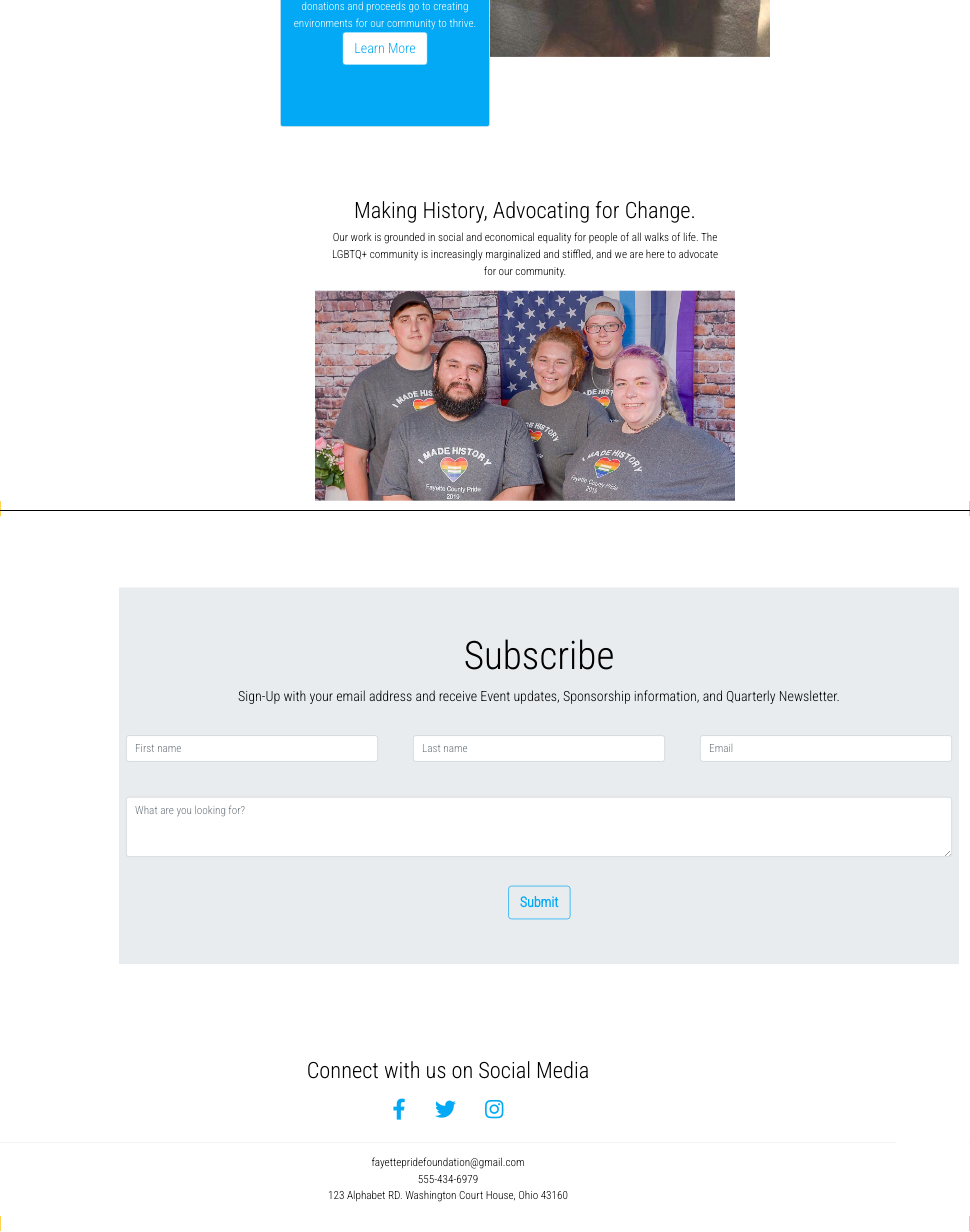
Repository: Code-Institute-Submissions/https-github.com-callendera-Milestone-Project-2
Page: index.html
The author's editor kept a record of every edit. The page is drawn from the files as they stood at one moment, then again after the next edit.
The browser window is 1280 px wide. The page is 1385 px wide, so the pictures cover 1385 px, including what lies to the right of the window. The pictures show the part of the page from y = 2176 to 3936 px (the page is 3936 px tall), at 70% of full size.
Backgrounds fixed to the window are drawn as part of the page. Some web libraries are served in a nearby version.

Above is the page before.

### index.html
<!DOCTYPE html>
<html lang="en">

<head>
    <meta charset="UTF-8">
    <meta name="viewport" content="width=device-width, initial-scale=1.0">
    <meta http-equiv="X-UA-Compatible" content="ie=edge">
    <title>Fayette County PRIDE</title>


    <link href="https://fonts.googleapis.com/css?family=Amatic+SC:700|Roboto+Condensed:300&display=swap" rel="stylesheet">

    <!--this code provides my Icons-->
    <link rel="stylesheet" href="https://use.fontawesome.com/releases/v5.8.1/css/all.css" integrity="sha384-50oBUHEmvpQ+1lW4y57PTFmhCaXp0ML5d60M1M7uH2+nqUivzIebhndOJK28anvf" crossorigin="anonymous">
    <!--this code allows me to use bootstrap styles and pieces of code-->
    <link rel="stylesheet" href="https://stackpath.bootstrapcdn.com/bootstrap/4.3.1/css/bootstrap.min.css" integrity="sha384-ggOyR0iXCbMQv3Xipma34MD+dH/1fQ784/j6cY/iJTQUOhcWr7x9JvoRxT2MZw1T" crossorigin="anonymous">

    <!--links to my style sheet: style.css-->
    <link rel="stylesheet" href="assets/css/style.css" type="text/css" />

</head>

<body>
    <!--NavBar-->

    <!--Navbar styles are given by the class names. and the navbar is fixed at the top to allow a better UX-->


    <nav class="navbar navbar-light my-navbar navbar-expand-sm fixed-top">
        <a class="navbar-brand my-navbar-brand" href="#">
    <img src="assets/images/logo.jpg" width="175" height="125" class="d-inline-block align-top" alt="Fayette County PRIDE logo">
  </a>

        <!--this code allows my navbar tp be compressed into a navbar toggler on smaller screen sizes-->
        <button class="navbar-toggler ml-auto my-navbar-toggler" type="button" data-toggle="collapse" data-target="#navbarNavDropdown" aria-controls="navbarNavDropdown" aria-expanded="false" aria-label="Toggle navigation">
            <span class="navbar-toggler-icon my-navbar-toggler-icon"></span></button>


        <!--this code targets the toggler-->
        <div class="collapse navbar-collapse" id="navbarNavDropdown">
            <!--these are my links to navigate you through the site-->
            <ul class="navbar-nav my-navbar-nav mr-auto justify-content-center">
                <li class="nav-item mr-2"><a class="nav-link my-nav-link" href="//">Sponsorship</a></li>
                <li class="nav-item mr-2"><a class="nav-link my-nav-link" href="//">Events</a></li>
                <li class="nav-item mr-2"><a class="nav-link my-nav-link" href="//">Volunteer</a></li>
                <li class="nav-item mr-6"><a class="nav-link my-nav-link" href="contact.html">Learn More</a></li>
            </ul>
            <!--This code blocks the button and text from being shown on small screens, but appears on larger screen sizes-->
            <div class="d-none d-lg-block">
                <!--gives the viewer the oportunity to become a sponsor while still browsing the site-->

                <a href="https://www.gofundme.com/f/fayette-county-pride-2019" target="_blank"><button type="button" class="btn btn-lg my-nav-btn btn-success my-btn">Donate</button></a>
            </div>
        </div>
    </nav>
    <!--navbar-->

    <!--CallOut-->
    <!-- this div allows for a full width container, spanning the entire width of the viewport.-->
    <div class="container-fluid">


        <!--holds the background picture for the landing page-->

        <div class="col-12 callout-container">




        </div>
        <!--callout-->
        <hr>
        <!--Involved-->
        <div class="row text-center involved-margin">

            <span class="border-top-0 rounded border involved-span">
                <div class="involved-padding">
                <h3>Volunteer</h3>
               <p>Get involved and join us in making history. Our work would not be possible without you. We rely on the passion and expertise of volunteers to make our vision a reality. </p> <a href="contact.html"><button type="button" class="btn btn-lg my-nav-btn btn-success my-involved-btn">Learn More</button></a>
                </div>
            </span>


            <div class="involved-div1 rounded-top float-right">
                <!--<img src="assets/images/rainbow.jpg" class="rounded-top float-right" alt="...">-->
            </div>

        </div>
        <div class="row text-center involved-margin">
            <div class="involved-div2 rounded-top float-left">
                <!--<img src="assets/images/vendors.jpg" class="rounded-top float-left" alt="...">-->
            </div>

            <span class="border-top-0 rounded border involved-span">
                <div class="involved-padding">
                <h3>Vendor Application</h3>
             <p>We are looking for locally sourced and community oriented vendors to help represent our foundation. Vendor applications are available in a PDF and online form.<a href="contact.html"><button type="button" class="btn btn-lg my-nav-btn btn-success my-involved-btn">Learn More</button></a></p>
                </div>
            </span>
        </div>
    </div>
    <div class="row text-center involved-margin">

        <span class="border-top-0 rounded border involved-span">
            <div class="involved-padding">
                <h3>Donate</h3>
                <p>Join us in building a better tomorrow. All donations and proceeds go to creating environments for our community to thrive. <a href="https://www.gofundme.com/f/fayette-county-pride-2019" target="_blank"><button type="button" class="btn btn-lg my-nav-btn btn-success my-involved-btn">Learn More</button></a></p>
                </div>
            </span>

        <div class="involved-div3 rounded-top float-right">
            <!--<img src="assets/images/holding.jpg" class="rounded-top float-right" alt="...">-->
        </div>

    </div>


    <div class="row text-center history-div">
        <div class="col-12 history-col">
            <h2>Making History, Advocating for Change.</h2>
            <p>Our work is grounded in social and economical equality for people of all walks of life. The LGBTQ+ community is increasingly marginalized and stiffled, and we are here to advocate for our community. </p>
        </div>
        <div class="col-12 group-image-div">

        </div>
    </div>
    <span class="border border-warning">
    <div class="jumbotron jumbotron-fluid my-jumbotron text-center">
        <div class="container">
            <h1 class="display-4">Subscribe</h1>
            <p class="lead">Sign-Up with your email address and receive Event updates, Sponsorship information, and Quarterly Newsletter.</p>
        </div>
        <form>
            <div class="row">
                <div class="col-4 my-text-box">
                    <input type="text" class="form-control" placeholder="First name" required>
                </div>
                <div class="col-4 my-text-box">
                    <input type="text" class="form-control" placeholder="Last name" required>
                </div>
                <div class="col-4 my-text-box">
                    <input type="email" class="form-control" id="inputEmail3" placeholder="Email" required>
                </div>
                <div class="form-group col-12 my-text-box">

                    <textarea class="form-control" id="exampleFormControlTextarea1" placeholder="What are you looking for?" rows="3" required></textarea>
                </div>
                <div class="col-12">
                    <button type="submit" class="btn btn-lg btn-primary my-btn">Submit</button>
                </div>
            </div>
        </form>
    </div>
    <div class="col-12 social-container text-center">
        <h2 class="social-heading">Connect with us on Social Media</h2>
        <div>



            <!--all social media links are placed within a span to allow them to line up inline-->
            <ul class="list-inline social-media">
                <!--atrribute is given to make the social media symbol a link to the facebook page-->
                <li class="list-inline-item"><a href="//" target="_blank"><i class="fab fa-facebook-f"></i>
                    <span class="sr-only">Facebook</span></a></li>
                <!--atrribute is given to make the social media symbol a link to the twitter page-->
                <li class="list-inline-item"><a href="//" target="_blank"><i class="fab fa-twitter"></i>
                    <span class="sr-only">Twitter</span></a></li>
                <!--atrribute is given to make the social media symbol a link to the youtube page-->
                <li class="list-inline-item"><a href="//" target="_blank"><i class="fab fa-instagram"></i>
                    <span class="sr-only">Instagram</span></a></li>
            </ul>
        </div>
    </div>



    <!--involved-->
    <hr>

    <footer>
        <div class="row text-center">



            <!--entire section gives the user the info on how to contact the band-->



            <div class="col-12">


                <p>fayettepridefoundation@gmail.com</br>
                    555-434-6979</br>
                    123 Alphabet RD. Washington Court House, Ohio 43160
                </p>

            </div>





        </div>
    </footer>
    <!--contactinfo-->
    </div>
    <!--script used for DOM manipulation in modal-->
    <script src="https://code.jquery.com/jquery-3.3.1.slim.min.js" integrity="sha384-q8i/X+965DzO0rT7abK41JStQIAqVgRVzpbzo5smXKp4YfRvH+8abtTE1Pi6jizo" crossorigin="anonymous"></script>

    <!--positioning engine, used throughout webpage-->
    <script src="https://cdnjs.cloudflare.com/ajax/libs/popper.js/1.14.7/umd/popper.min.js" integrity="sha384-UO2eT0CpHqdSJQ6hJty5KVphtPhzWj9WO1clHTMGa3JDZwrnQq4sF86dIHNDz0W1" crossorigin="anonymous"></script>

    <!--script needed to link my bootstrap classes-->
    <script src="https://stackpath.bootstrapcdn.com/bootstrap/4.3.1/js/bootstrap.min.js" integrity="sha384-JjSmVgyd0p3pXB1rRibZUAYoIIy6OrQ6VrjIEaFf/nJGzIxFDsf4x0xIM+B07jRM" crossorigin="anonymous"></script>

    </div>

</body>

</html>

### assets/css/style.css
/** {*/
/*  background: #000 !important;*/
/*  color: #0f0 !important;*/
/*  outline: solid #f00 1px !important;*/
/*}*/


/*--Background Styles--*/
body {
    font-family: 'Roboto Condensed', sans-serif;

    background-color: #ffffff;
    color: black;
}

.callout-container {
    /*--- sets background image for callout container. it is set to not repeat, so the image doesnt stretch, and the image will be centered horizontally and pushed to the top of the container. the background will also not scroll, but remained positioned so things will scroll past it---*/
    background: url("../images/crowd.jpg")no-repeat center center fixed;
    /*--- adjusts background for different browsers ---*/
    -webkit-background-size: cover;
    -moz-background-size: cover;
    -o-background-size: cover;
    background-size: cover;

    /*--- makes the background fit to the container ---*/
    overflow: hidden;

    /*--- aligns and justifies text in container ---*/
    align-items: center;
    justify-content: center;
    /*--- the height that container will take up in the viewport ---*/
    height: 100vh;

}

.involved-container {
    color: black;
    padding-top: 500px;

    /*--- makes the background fit to the container ---*/
    overflow: hidden;

    /*--- aligns and justifies text in container ---*/
    align-items: center;
    justify-content: center;
    /*--- the height that container will take up in the viewport ---*/
    height: 60vh;

}

.opaque-overlay {
    /*---positioned relative to the nearest positioned ancestor---*/
    position: absolute;
    top: 0;
    left: 0;
    /*--- size of overlay to just cover background image ---*/
    height: 100%;
    width: 100%;
    /*--- color of background to be grey but almost transparent to make white text stand out ---*/
    background-color: rgba(0, 0, 0, 0.55);

    /*---pulls content forward to be visible on Z-index axis---*/
    z-index: 1;

}

/*--Navbar Styles--*/

.my-navbar {
    font-family: 'Roboto Condensed', sans-serif;

    /*--- removes margins automatically set by bootstrap ---*/
    margin: 0;
    /*--- removes padding automatically set by bootstrap ---*/
    padding-left: 20px;
    padding-right: 20px;
    padding-bottom: 0;
    padding-top: 0;
    background-color: #ffffff;
    /*--- color of text white ---*/

    height: 150px;
}

.my-navbar-nav {
    /*--- removes padding automatically set by bootstrap ---*/
    padding-left: 30px;
    /*--- color of text white ---*/


}



.my-nav-link {
    /*--- color of text white ---*/
    color: black;
    /*--- color change transition when hovering over my-nav-link ---*/
    transition: all 0.40s ease-in-out;
    -moz-transition: all 0.40s ease-in-out;
    -webkit-transition: all 0.40s ease-in-out;
    -o-transition: all 0.40s ease-in-out;
    /*--- adjustments for each web browser ---*/
}


.my-navbar-toggler {
    /*--- display to fill contents ---*/
    display: contents;
    width: 2em;
    height: 2em;
    /*--- aligns to fit toggler container ---*/
    vertical-align: middle;
    /*--- content aligned according to parent element ---*/
    content: "";
    /*--- toggler doesn't repeat and it center to container ---*/
    background: no-repeat center center;
    /*--- toggler 100% of toggler container ---*/
    background-size: 100% 100%;

    /*--- color of text white ---*/
    color: black;
    /*--- removes margins automatically set by bootstrap ---*/
    margin-right: 30px;
}

.my-navbar-toggler-icon {
    /*--- color of icon white ---*/
    color: black;

}

.my-navbar-brand {
    font-family: 'Amatic SC', cursive;

}

/*--Buttons--*/

.my-btn {
    /*---blue color--*/
    background-color: #28a74500;
    border-color: #03A9F4;
    color: #03A9F4;
    font-weight: 800;

}

.my-btn:hover {
    /*--- color of background: blue ---*/
    background-color: #03A9F4;
    /*--- when mouse is hovered the button will transition for .40seconds to a darker green color. the color will gradually ease in and then ease out. ---*/
    transition: all 0.40s ease-in-out;
    -moz-transition: all 0.40s ease-in-out;
    -webkit-transition: all 0.40s ease-in-out;
    -o-transition: all 0.40s ease-in-out;
    /*--- adjustments for each web browser ---*/
}

.my-involved-btn {
    background-color: #ffffff;
    border-color:  #03A9F4;
    color:  #03A9F4;
}

.my-involved-btn:hover {
    /*--- color of background: blue ---*/
    background-color: #03A9F4;
    /*--- when mouse is hovered the button will transition for .40seconds to a darker green color. the color will gradually ease in and then ease out. ---*/
    transition: all 0.40s ease-in-out;
    -moz-transition: all 0.40s ease-in-out;
    -webkit-transition: all 0.40s ease-in-out;
    -o-transition: all 0.40s ease-in-out;
    /*--- adjustments for each web browser ---*/
}

.social-heading {
    padding-top: 100px;
}

.social-media i {
    /*---blue color--*/
    color: #03A9F4;
    font-size: 30px;
    padding: 15px;
}

.social-media i:hover {
 /*--- color of background: darker green ---*/
    color: #2567ae;
    /*--- when mouse is hovered the button will transition for .40seconds to a darker green color. the color will gradually ease in and then ease out. ---*/
    transition: all 0.40s ease-in-out;
    -moz-transition: all 0.40s ease-in-out;
    -webkit-transition: all 0.40s ease-in-out;
    -o-transition: all 0.40s ease-in-out;
    /*--- adjustments for each web browser ---*/
}


.my-icon i {
    /*---blue color--*/
     color:  #03A9F4;
    font-size: 50px;
}
.my-icon i:hover {
     /*--- color of background: darker blue ---*/
    color: #2567ae;
    /*--- when mouse is hovered the button will transition for .40seconds to a darker blue color. the color will gradually ease in and then ease out. ---*/
    transition: all 0.40s ease-in-out;
    -moz-transition: all 0.40s ease-in-out;
    -webkit-transition: all 0.40s ease-in-out;
    -o-transition: all 0.40s ease-in-out;
    /*--- adjustments for each web browser ---*/
}

/*--- Images ---*/

.involved-div3 {

     background: url("../images/holding.jpg")no-repeat center center;
    /*--- adjusts background for different browsers ---*/
    -webkit-background-size: cover;
    -moz-background-size: cover;
    -o-background-size: cover;
    background-size: cover;

    /*--- makes the background fit to the container ---*/
    overflow: hidden;

    /*--- aligns and justifies text in container ---*/
    align-items: center;
    justify-content: center;

    width: 400px;
    height: 400px;
}

.involved-div2 {

     background: url("../images/vendors.jpg")no-repeat center center;
    /*--- adjusts background for different browsers ---*/
    -webkit-background-size: cover;
    -moz-background-size: cover;
    -o-background-size: cover;
    background-size: cover;

    /*--- makes the background fit to the container ---*/
    overflow: hidden;

    /*--- aligns and justifies text in container ---*/
    align-items: center;
    justify-content: center;

    width: 400px;
    height: 400px;
}

.involved-div1 {

     background: url("../images/rainbow.jpg")no-repeat center center;
    /*--- adjusts background for different browsers ---*/
    -webkit-background-size: cover;
    -moz-background-size: cover;
    -o-background-size: cover;
    background-size: cover;

    /*--- makes the background fit to the container ---*/
    overflow: hidden;

    /*--- aligns and justifies text in container ---*/
    align-items: center;
    justify-content: center;

    width: 400px;
    height: 400px;
}

.involved-padding {
    padding-top: 50px;
}

.involved-margin {
    margin-left: 400px;
    margin-top: 40px;
}

.involved-span {
    width: 300px;
    height: 300px;
    background-color: #03A9F4;
    margin-top: 200px;
    color: #ffffff;
}

.history-div {
    width: 600px;
    margin-left: 450px;
    padding-top: 100px;
}

.group-image-div {

     background: url("../images/group.png")no-repeat center center;
    /*--- adjusts background for different browsers ---*/
    -webkit-background-size: cover;
    -moz-background-size: cover;
    -o-background-size: cover;
    background-size: cover;

    /*--- makes the background fit to the container ---*/
    overflow: hidden;

    /*--- aligns and justifies text in container ---*/
    align-items: center;
    justify-content: center;

    height: 300px;
    width: 800px;
    margin-left: ;

}

/*---MISC.--*/

.my-text-box {
    padding: 25px;
}

.my-jumbotron {
    width: 1200px;
    margin-left: 170px;
    margin-top: 100px;

}

.involved-container {
    padding: 0px;
}

.cover-heading {
    font-family: 'Amatic SC', cursive;
    font-size: 100px;
    padding-top: 100px;

}

/*---Media Queries--*/

@media (min-width: 576px){
    .my-navbar-nav {
    padding-left: 0px;
}

.opaque-overlay {
   height: 60vh;

}

.involved-container {
    padding: 0px;
}



}

@media (min-width: 992px) {

}

@media (min-width: 1200px){

.opaque-overlay {
   height: 90vh;

}


}

After the next edit:
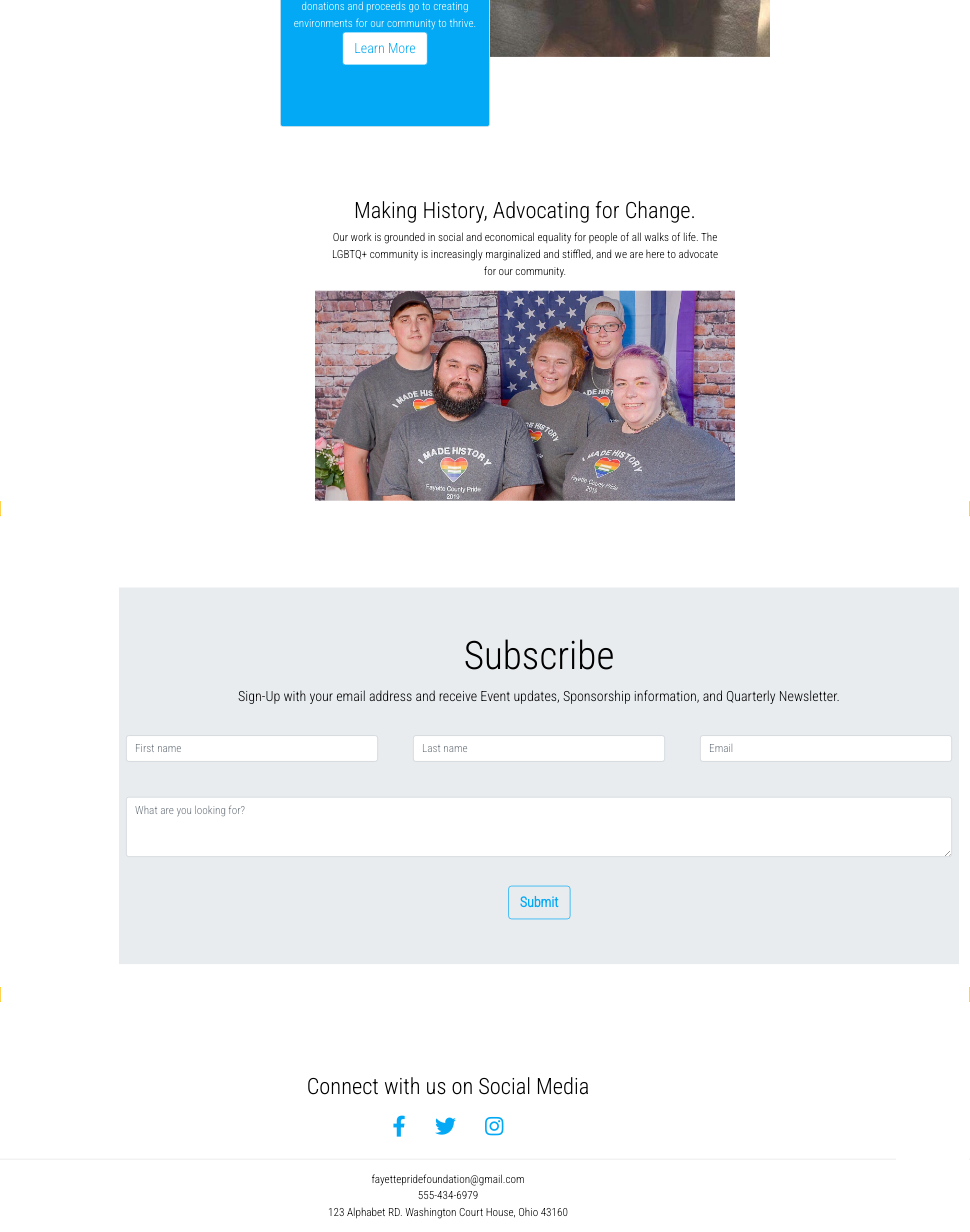
The edit:
--- a/index.html
+++ b/index.html
@@ -151,6 +151,7 @@
             </div>
         </form>
     </div>
+    </span>
     <div class="col-12 social-container text-center">
         <h2 class="social-heading">Connect with us on Social Media</h2>
         <div>
